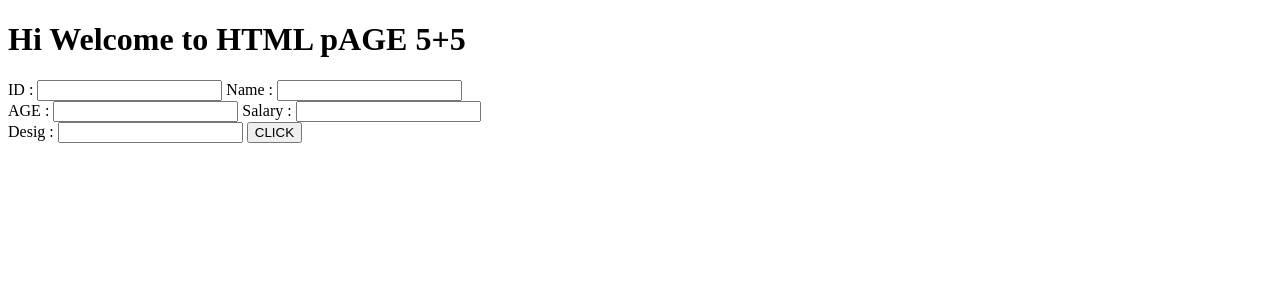
Repository: Thaneshwara848/JSP_Demo
Page: WebDemo2/src/main/webapp/index.html
An editor plug-in stored every save of this project. The page is shown before and after the next save, followed by the edit.
The browser window is 1280 px wide. The pictures show the whole page.

Above is the page before, as saved 2022-08-10 15:23:49.

After the next save:
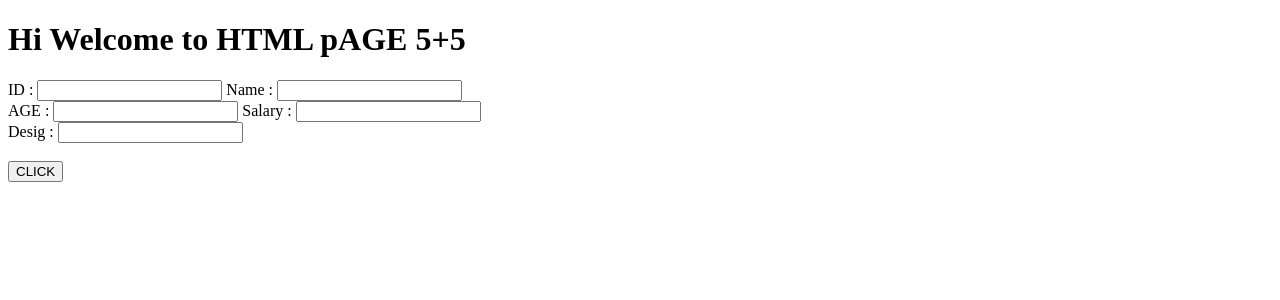
Saved 6 s later.
--- a/WebDemo2/src/main/webapp/index.html
+++ b/WebDemo2/src/main/webapp/index.html
@@ -12,7 +12,11 @@
 		Name : <input type="text" name="uname"><br>
 		AGE :  <input type="text" name="uage">
 		Salary :  <input type="text" name="usalary"><br>
-		Desig :  <input type="text" name="udesig">
+		Desig :  <input type="text" name="udesig"><br><br>
+
+
+
+
 		<input type="submit" value="CLICK">
 
 	</form>
